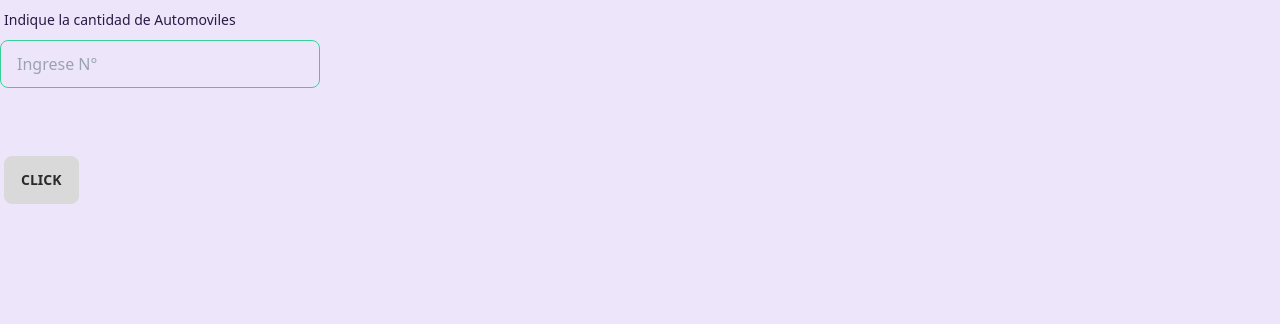
Repository: Claudioxs/Tarea2
Page: /automovil (app in FrontEnd/vue-project/)
These files come from the project's save history. The page is drawn as it stood at one moment and after the next save; the edit follows.
The browser window is 1280 px wide. The pictures show the whole page.
The project was rebuilt for these pictures with package versions that can differ from the ones it lists, and the page was loaded fresh each time. Also part of the build but not shown: FrontEnd/vue-project/vite.config.js, FrontEnd/vue-project/src/components/HelloWorld.vue.

Above is the page before, as saved 2023-05-21 21:21:12.

### FrontEnd/vue-project/src/App.vue
<script setup>
import { RouterLink, RouterView } from 'vue-router'
import HelloWorld from './components/HelloWorld.vue'
</script>

<template>

  <RouterView />
</template>

<style scoped>

</style>

### FrontEnd/vue-project/src/router/index.js
import { createRouter, createWebHistory } from 'vue-router'

import Automovil from '../views/Automovil.vue'

const router = createRouter({
  history: createWebHistory(import.meta.env.BASE_URL),
  routes: [

    {
      path: '/automovil',
      name: 'automovil',
      component: Automovil
    }
  ]
})

export default router

### FrontEnd/vue-project/src/views/Automovil.vue
<template>
    <head>
        <title>Page Title</title>
    </head>



<div class="form-control w-full max-w-xs">
  <label class="label">
    <span class="label-text">Indique la cantidad de Automoviles </span> <br>

  </label>
  <input type="number" placeholder="Ingrese N°" class="input input-bordered input-success w-full max-w-xs" />

  <label class="label">

  </label>
</div>
<br> <br>

<div class="dropdown dropdown-left">
  <label tabindex="0" class="btn m-1">Click</label>
  <ul tabindex="0" class="dropdown-content menu p-2 shadow bg-base-100 rounded-box w-52">
    <li><a>Item 1</a></li>
    <li><a>Item 2</a></li>
  </ul>
</div>



</template>

### FrontEnd/vue-project/tailwind.config.js
/** @type {import('tailwindcss').Config} */
module.exports = {
  daisyui: {
    themes: [
      {
        mytheme: {

            "primary": "#1D0027",

            "secondary": "#A181E2",

            "accent": "#37CDBE",

            "neutral": "#D9D9D9",

            "base-100": "#EDE6FA",

            "info": "#3ABFF8",

            "success": "#36D399",

            "warning": "#FBBD23",

            "error": "#F87272",
        },
      },
    ],
  },
  content: ["./index.html","./src/**/*.{vue,js,ts,jsx,tsx}"],
  theme: {
    extend: {},
  },
  plugins: [require("daisyui")],
}

Loaded but not shown: FrontEnd/vue-project/index.html (common file); FrontEnd/vue-project/src/main.js (common file); FrontEnd/vue-project/src/assets/main.css (common file)

After the next save:
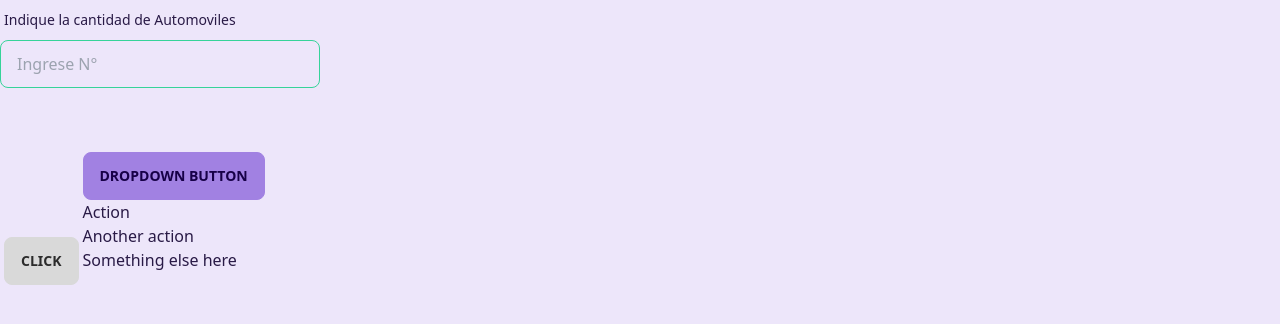
Saved 8 min 2 s later.
--- a/FrontEnd/vue-project/src/views/Automovil.vue
+++ b/FrontEnd/vue-project/src/views/Automovil.vue
@@ -25,6 +25,16 @@
     <li><a>Item 2</a></li>
   </ul>
 </div>
+<div class="dropdown">
+  <button class="btn btn-secondary dropdown-toggle" type="button" data-bs-toggle="dropdown" aria-expanded="false">
+    Dropdown button
+  </button>
+  <ul class="dropdown-menu">
+    <li><a class="dropdown-item" href="#">Action</a></li>
+    <li><a class="dropdown-item" href="#">Another action</a></li>
+    <li><a class="dropdown-item" href="#">Something else here</a></li>
+  </ul>
+</div>
 
 
 
